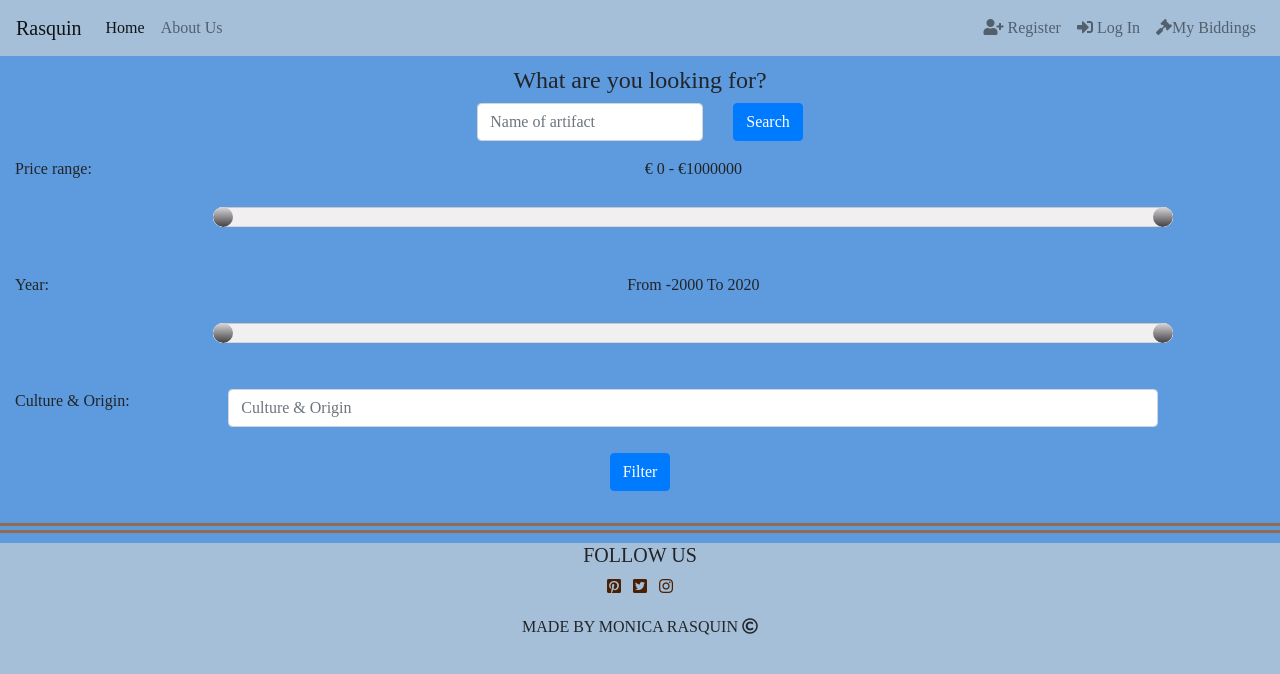
Repository: Rasquin/auction
Page: templates/base.html
The author's editor kept a record of every edit. The page is drawn from the files as they stood at one moment, then again after the next edit.
The browser window is 1280 px wide. The pictures show the whole page.
The template is drawn by Django 2.2. The application's start-up code is not run. Other server files are loaded and not shown. The template is opened directly, without the code that normally fills it, so the values that code supplies are empty.

Above is the page before.

### templates/base.html
<!DOCTYPE html>

{% load staticfiles %}

<html lang="en">

<head>
    <meta charset="UTF-8">
    <meta name="viewport" content="width=device-width, initial-scale=1.0">
    <meta http-equiv="X-UA-Compatible" content="ie=edge">

    <!-- Bootstrap compiled and minified CSS -->
    <link rel="stylesheet" href="https://stackpath.bootstrapcdn.com/bootstrap/4.3.1/css/bootstrap.min.css" integrity="sha384-ggOyR0iXCbMQv3Xipma34MD+dH/1fQ784/j6cY/iJTQUOhcWr7x9JvoRxT2MZw1T" crossorigin="anonymous">

    <!-- Font Awesome compiled and minified CSS -->
    <link rel="stylesheet" href="{% static 'font-awesome/css/all.css' %}">



    <!-- Own CSS -->
    <link rel="stylesheet" href="{% static 'css/mystyle.css' %}" type="text/css" />


    <!-- Own Scripts -->
    <script type="text/javascript" src="{% static 'js/myscript.js' %}"></script>



    {% block head_js %}
    {% endblock head_js %}

    <title>Monica's Auction</title>
</head>


<body>
    <!-- NavBar area -  Fixed masthead -->
    <nav class="navbar navbar-expand-lg navbar-light bg-light">
        <a class="navbar-brand" href="#">Rasquin</a>
        <button class="navbar-toggler" type="button" data-toggle="collapse" data-target="#navbarSupportedContent" aria-controls="navbarSupportedContent" aria-expanded="false" aria-label="Toggle navigation">
            <span class="navbar-toggler-icon"></span>
        </button>

        <div class="collapse navbar-collapse" id="navbarSupportedContent">
            <ul class="navbar-nav mr-auto">
                <li class="nav-item active">
                    <a class="nav-link" href="{% url 'index' %}">Home <span class="sr-only">(current)</span></a>
                </li>
                <li class="nav-item">
                    <a class="nav-link" href="#">About Us</a>
                </li>
            </ul>
            <ul class="navbar-nav navbar-right">
                    {% if user.is_authenticated %}
                        <li class="nav-item">
                            <a class="nav-link" href="{% url 'profile' %}"><i class="fa fa-user"></i> Profile</a>
                        </li>
                        <li class="nav-item">
                            <a class="nav-link" href="{% url 'logout' %}"><i class="fa fa-sign-out-alt"></i> Log Out</a>
                        </li>
                    {%  else %}
                        <li class="nav-item">
                            <a class="nav-link" href="{% url 'register' %}"><i class="fa fa-user-plus"></i> Register</a>
                        </li>
                        <li class="nav-item">
                            <a class="nav-link" href="{% url 'login' %}"><i class="fa fa-sign-in-alt"></i> Log In</a>
                        </li>
                    {% endif %}
                        <li class="nav-item">
                            <a class="nav-link" href="{% url 'view_my_biddings' %}">
                                <i class="fas fa-gavel"></i>My Biddings
                                {% if product_count > 0 %}
                                <label class="badge badge-warning">{{ product_count }}</label>
                                {% endif %}
                            </a>
                        </li>

                </ul>
        </div>
    </nav>

    <!-- Messages area -->
    {% if messages %}
        <div class="alert alert-success">
            <div class="messages">
                {% for message in messages %}
                    {{ message }}
                {% endfor %}
            </div>
        </div>
    {% endif %}

    <div class="container-general">
        <!-- Search area -->
        <div class="container-fluid border-bottom-double">
            <h4 class="text-center"> What are you looking for?</h4>
            <div class="row ">

                <!-- Search by name -->
                <form action="{% url 'search_by_name' %}" method="get" class="col-12">
                    {% csrf_token %}
                    <div class="form-group">
                        <div class="row justify-content-center">
                            <div class="col-auto">
                                <input type="text" class="form-control" id="artifact_name" name="artifact_name" required placeholder="Name of artifact">
                            </div>
                            <div class="col-auto">
                                <button class="btn btn-primary" type="search">Search</button>
                            </div>
                        </div>
                    </div>
                </form>

                <!-- Filters -->
                <form action="{% url 'filters' %}" method="post" class="col-12">
                    {% csrf_token %}

                    <!-- Price Filter -->
                    <div class="form-group">
                        <div class="row">
                            <div class="col-12 col-md-2">
                                <p>
                                    <label for="amount">Price range:</label>

                                </p>
                            </div>
                            <div class="col-12 col-md-9">

                                <section class="range-slider-price range-slider">

                                    <span class="rangePriceValues rangeValues"></span>
                                    <input value="0" min="0" max="1000000" step="500" type="range" name="min_price">
                                    <input value="1000000" min="0" max="1000000" step="500" type="range" name="max_price">
                                </section>
                            </div>
                        </div>
                    </div>
                    <!-- Year Filter -->
                    <div class="form-group">
                        <div class="row">
                            <div class="col-12 col-md-2">
                                <p>
                                    <label for="amount">Year:</label>

                                </p>
                            </div>
                            <div class="col-12 col-md-9">

                                <section class="range-slider-year range-slider">

                                    <span class="rangeYearValues"></span>
                                    <input value="-2000" min="-2000" max="2020" step="20" type="range" name="min_year">
                                    <input value="2020" min="-2000" max="2020" step="20" type="range" name="max_year">
                                </section>
                            </div>
                        </div>
                    </div>
                    <!-- Origin Filter -->
                    <div class="form-group">
                        <div class="row">
                            <div class="col-12 col-md-2">
                                <p>
                                    <label for="origin">Culture & Origin:</label>

                                </p>
                            </div>
                            <div class="col-12 col-md-9">
                                <input type="text" class="form-control" id="artifact_origin" name="artifact_origin" required placeholder="Culture & Origin">
                            </div>
                        </div>
                    </div>
                    <!-- Filter Button -->
                    <div class="form-group">
                        <div class="row">
                            <div class="col-12">
                                <p class="text-center">
                                    <button class="btn btn-primary" type="search">Filter</button>
                                </p>
                            </div>
                    </div>
                    </div>

                </form>

            </div>
        </div>

        <!-- Block content area -->
        <div class="container-fluid">
            {% block content %} {% endblock %}
        </div>

    </div>

    <!-- Footer area -->
    <footer class="container-fluid">


        <!-- SOCIAL MEDIA-->
        <div class="row ">
            <div class="col-12 text-center">
                <h5 class="text-uppercase">Follow Us</h5>
                <ul class="list-inline social-links">
                    <li class="list-inline-item"><a href="#"><i class="fab fa-pinterest-square"  aria-hidden="true"></i></a></li>
                    <li class="list-inline-item"><a href="#"><i class="fab fa-twitter-square" aria-hidden="true"></i></a></li>
                    <li class="list-inline-item"><a href="#"><i class="fab fa-instagram" aria-hidden="true"></i></a></li>
                </ul>
            </div>
        </div>

        <!--COPYRIGHT-->
        <div class="row ">
            <div class="col-12">

                <p class="text-center text-uppercase">Made by Monica Rasquin <i class="far fa-copyright"></i> </p>
            </div>
        </div>
    </footer>


    <!-- Bootstrap compiled and minified JavaScript -->
    <script src="https://code.jquery.com/jquery-3.3.1.slim.min.js" integrity="sha384-q8i/X+965DzO0rT7abK41JStQIAqVgRVzpbzo5smXKp4YfRvH+8abtTE1Pi6jizo" crossorigin="anonymous"></script>
    <script src="https://cdnjs.cloudflare.com/ajax/libs/popper.js/1.14.7/umd/popper.min.js" integrity="sha384-UO2eT0CpHqdSJQ6hJty5KVphtPhzWj9WO1clHTMGa3JDZwrnQq4sF86dIHNDz0W1" crossorigin="anonymous"></script>
    <script src="https://stackpath.bootstrapcdn.com/bootstrap/4.3.1/js/bootstrap.min.js" integrity="sha384-JjSmVgyd0p3pXB1rRibZUAYoIIy6OrQ6VrjIEaFf/nJGzIxFDsf4x0xIM+B07jRM" crossorigin="anonymous"></script>

</body>
</html>

### static/js/myscript.js
//--------------------------------------Slider for Prices filter
function getPriceVals() {
    // Get slider price values
    var parent = this.parentNode;
    var slides = parent.getElementsByTagName("input");
    var slide1 = parseFloat(slides[0].value);
    var slide2 = parseFloat(slides[1].value);
    // Neither slider will clip the other, so make sure we determine which is larger
    if (slide1 > slide2) { var tmp = slide2;
        slide2 = slide1;
        slide1 = tmp; }

    var displayElement = parent.getElementsByClassName("rangePriceValues")[0];
    displayElement.innerHTML = "€ " + slide1 + " - €" + slide2;
}

//--------------------------------------Slider for Year filter
function getYearVals() {
    // Get Year slider values
    var parent = this.parentNode;
    var slides = parent.getElementsByTagName("input");
    var slide1 = parseFloat(slides[0].value);
    var slide2 = parseFloat(slides[1].value);
    // Neither slider will clip the other, so make sure we determine which is larger
    if (slide1 > slide2) { var tmp = slide2;
        slide2 = slide1;
        slide1 = tmp; }

    var displayElement = parent.getElementsByClassName("rangeYearValues")[0];
    displayElement.innerHTML = "From " + slide1 + " To " + slide2;
}

//----------------------------------------------- Initialize Sliders
window.onload = function() {
    // For Price
    var sliderSectionsPrice = document.getElementsByClassName("range-slider-price");
    for (var x = 0; x < sliderSectionsPrice.length; x++) {
        var slidersPrice = sliderSectionsPrice[x].getElementsByTagName("input");
        for (var y = 0; y < slidersPrice.length; y++) {
            if (slidersPrice[y].type === "range") {
                slidersPrice[y].oninput = getPriceVals;
                // Manually trigger event first time to display values
                slidersPrice[y].oninput();
            }
        }
    }
    // For Year
    var sliderSectionsYear = document.getElementsByClassName("range-slider-year");
    for (var x = 0; x < sliderSectionsYear.length; x++) {
        var slidersYear = sliderSectionsYear[x].getElementsByTagName("input");
        for (var y = 0; y < slidersYear.length; y++) {
            if (slidersYear[y].type === "range") {
                slidersYear[y].oninput = getYearVals;
                // Manually trigger event first time to display values
                slidersYear[y].oninput();
            }
        }
    }
}

Loaded but not shown: static/font-awesome/css/all.css (library); static/css/mystyle.css (common file)

After the next edit:
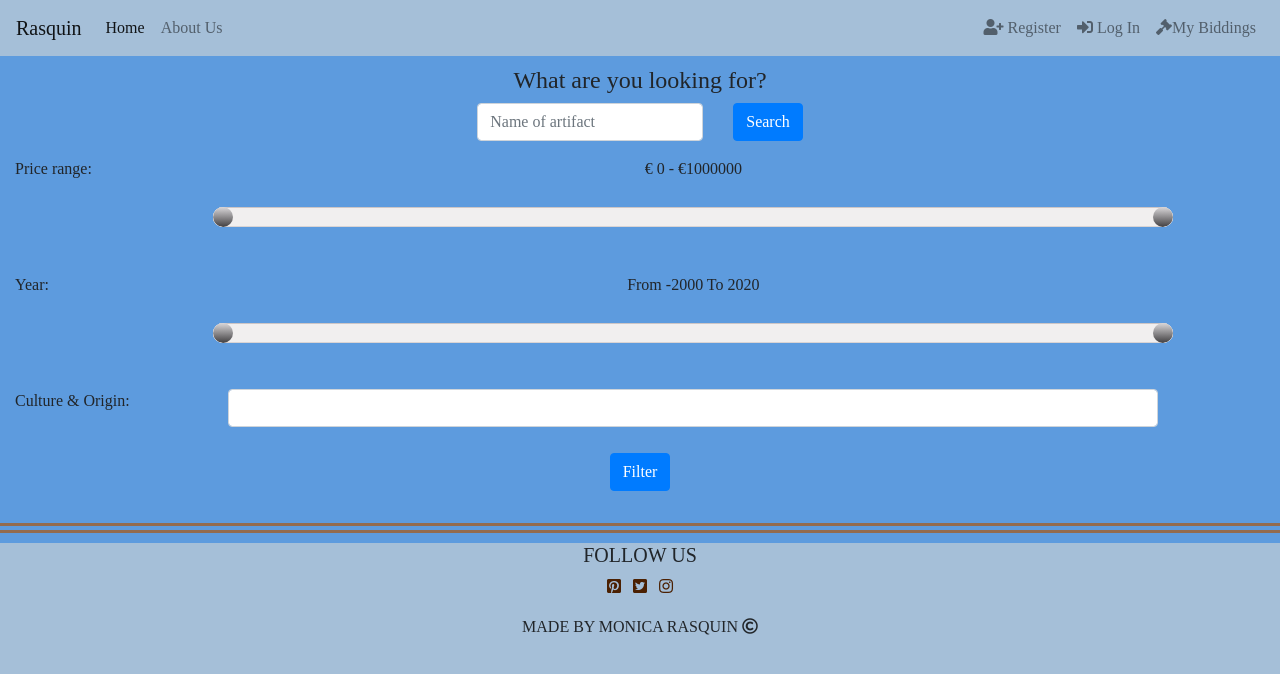
The edit:
--- a/templates/base.html
+++ b/templates/base.html
@@ -165,7 +165,7 @@
                                 </p>
                             </div>
                             <div class="col-12 col-md-9">
-                                <input type="text" class="form-control" id="artifact_origin" name="artifact_origin" required placeholder="Culture & Origin">
+                                <input type="text" class="form-control" id="artifact_origin" name="artifact_origin" value="">
                             </div>
                         </div>
                     </div>
